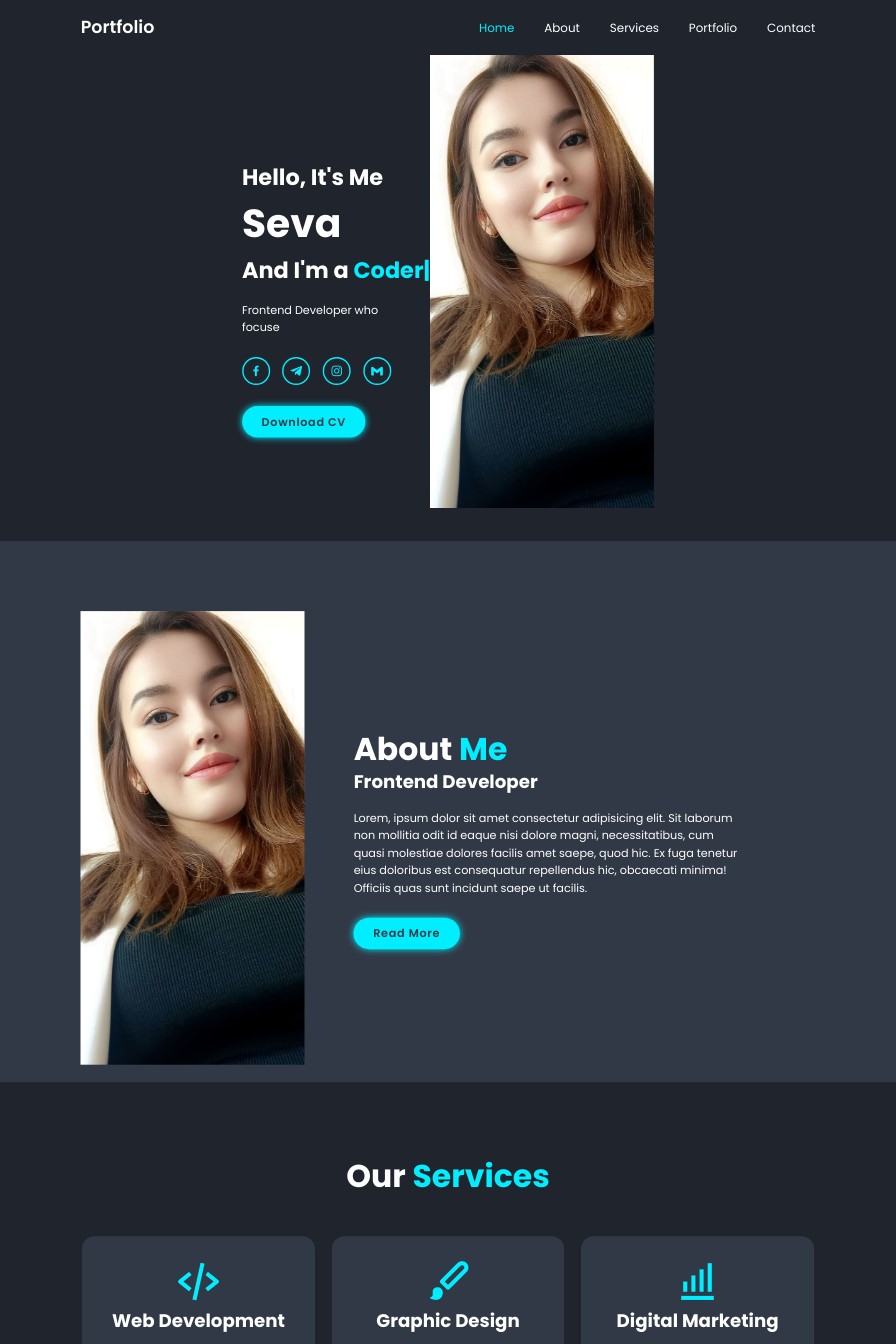
Repository: Seva2705/portfolio
Page: index.html
An editor plug-in stored every save of this project. The page is shown before and after the next save, followed by the edit.
The browser window is 1280 px wide. The pictures show the part of the page from y = 0 to 1920 px (the page is 3816 px tall), at 70% of full size.
A picture or video elsewhere on the page could not be fetched, so the positions and the page height are approximate.

Above is the page before, as saved 2023-10-21 00:10:42.

### index.html
<!DOCTYPE html>
<html lang="en">
<head>
    <meta charset="UTF-8">
    <meta http-equiv="X-UA-Compatible" content="IE=edge">
    <meta name="viewport" content="width=device-width, initial-scale=1.0">
    <title>Personal Portfolio</title>
     <!-- Boxicons styles -->
    <link href='https://unpkg.com/boxicons@2.1.4/css/boxicons.min.css' rel='stylesheet'>

    <!-- Css -->
    <link rel="stylesheet" href="style.css">
</head>
<body>
    <header class="header">
        <a href="" class="logo">Portfolio</a>

        <i class='bx bx-menu' id="menu-icon"></i>

        <nav class="navbar">
            <a href="#home" class="active">Home</a>
            <a href="#about">About</a>
            <a href="#services">Services</a>
            <a href="#portfolio">Portfolio</a>
            <a href="#contact">Contact</a>
        </nav>
    </header>

    <!-- Home section design -->
    <section class="home" id="home">
        <div class="home-content">
            <h3>Hello, It's Me</h3>
            <h1>Seva</h1>
            <h3>And I'm a <span class="multiple-text"></span></h3>
            <p class="description">Frontend Developer who focuse</p>
            <div class="social-media">
                <a href="https://www.facebook.com/profile.php?id=100076166348458"><i class='bx bxl-facebook'></i></a>
                <a href="https://t.me/Seva_2705"><i class='bx bxl-telegram'></i></a>
                <a href="https://www.instagram.com/seva___027"><i class='bx bxl-instagram'></i></a>
                <a href="mailto:sevakodirova2705@mail.ru"><i class='bx bxl-gmail'></i></a>
            </div>
            <a href="images/Кодирова Севинч Гайратовна(Web).pdf" class="btn"> Download CV</a>
        </div>
        <div class="home-img">
            <img src="images/2.jpg" alt="" class="image">
        </div>
    </section>

    <!-- About section design -->
    <section class="about" id="about">
        <div class="about-img">
            <img src="images/2.jpg" alt="">
        </div>
        <div class="about-content">
            <h2 class="heading">About <span>Me</span></h2>
            <h3>Frontend Developer</h3>
            <p>Lorem, ipsum dolor sit amet consectetur adipisicing elit. Sit laborum non mollitia odit id eaque nisi dolore magni, necessitatibus, cum quasi molestiae dolores facilis amet saepe, quod hic. Ex fuga tenetur eius doloribus est consequatur repellendus hic, obcaecati minima! Officiis quas sunt incidunt saepe ut facilis.</p>
            <a href="#" class="btn">Read More</a>
        </div>
    </section>

    <!-- services section design -->
    <section class="services" id="services">
        <h2 class="heading">Our <span>Services</span></h2>

        <div class="services-container">
            <div class="services-box">
                <i class='bx bx-code-alt'></i>
                <h3>Web Development</h3>
                <p>Lorem ipsum, dolor sit amet consectetur adipisicing elit. Eveniet assumenda quasi expedita maiores sequi enim iusto aliquid architecto aspernatur impedit!</p>
                <a href="#" class="btn">Read More</a>
            </div>
            <div class="services-box">
                <i class='bx bxs-paint'></i>
                <h3>Graphic Design</h3>
                <p>Lorem ipsum, dolor sit amet consectetur adipisicing elit. Eveniet assumenda quasi expedita maiores sequi enim iusto aliquid architecto aspernatur impedit!</p>
                <a href="#" class="btn">Read More</a>
            </div>
            <div class="services-box">
                <i class='bx bx-bar-chart-alt'></i>
                <h3>Digital Marketing</h3>
                <p>Lorem ipsum, dolor sit amet consectetur adipisicing elit. Eveniet assumenda quasi expedita maiores sequi enim iusto aliquid architecto aspernatur impedit!</p>
                <a href="#" class="btn">Read More</a>
            </div>
        </div>
    </section>

    <!-- Portfolio section design -->
    <section class="portfolio" id="portfolio">
        <h2 class="heading">Latest <span>Project</span></h2>

        <div class="portfolio-container">
            <div class="portfolio-box">
                <img src="images/cinema.jpg" alt="">
                <div class="portfolio-layer">
                    <h4>Vue Cinemas</h4>
                    <a href="https://seva2705.github.io/VueCinemas/"><i class='bx bx-link-external'></i></a>
                </div>
            </div>
            <div class="portfolio-box">
                <img src="images/AirPods-Pro.jpg" alt="">
                <div class="portfolio-layer">
                    <h4>Airpods-Pro</h4>
                    <a href="https://seva2705.github.io/Airpods-Pro/"><i class='bx bx-link-external'></i></a>
                </div>
            </div>
            <div class="portfolio-box">
                <img src="images/creative-scroll.jpg" alt="">
                <div class="portfolio-layer">
                    <h4>Creative-Scroll</h4>
                    <a href="https://seva2705.github.io/creative-scroll/"><i class='bx bx-link-external'></i></a>
                </div>
            </div>
            <div class="portfolio-box">
                <img src="images/web6.jpg" alt="">
                <div class="portfolio-layer">
                    <h4>Web Design</h4>
                    <p>Lorem ipsum dolor sit amet consectetur adipisicing elit. Tempore, aspernatur.</p>
                    <a href="#"><i class='bx bx-link-external'></i></a>
                </div>
            </div>
            <div class="portfolio-box">
                <img src="images/web5.jpg" alt="">
                <div class="portfolio-layer">
                    <h4>Web Design</h4>
                    <p>Lorem ipsum dolor sit amet consectetur adipisicing elit. Tempore, aspernatur.</p>
                    <a href="#"><i class='bx bx-link-external'></i></a>
                </div>
            </div>
            <div class="portfolio-box">
                <img src="images/web6.jpg" alt="">
                <div class="portfolio-layer">
                    <h4>Web Design</h4>
                    <p>Lorem ipsum dolor sit amet consectetur adipisicing elit. Tempore, aspernatur.</p>
                    <a href="#"><i class='bx bx-link-external'></i></a>
                </div>
            </div>
        </div>
    </section>

    <!-- Contact section design -->
    <section class="contact" id="contact">
        <h2 class="heading">Contact <span>Me!</span></h2>

        <form action="#">
            <div class="input-box">
                <input type="text" placeholder="Full Name">
                <input type="email" placeholder="Email Address">
            </div>
            <div class="input-box">
                <input type="number" placeholder="Mobile Number">
                <input type="text" placeholder="Email Subject">
            </div>
            <textarea name="" id="" cols="30" rows="10" placeholder="Your Message"></textarea>
            <input type="submit" value="Send Message" class="btn">
        </form>
    </section>

    <!-- Footer section design -->
    <footer class="footer">
        <div class="footer-text">
            <p>Copyright &copy; 2023 by Codehal | All Rights Reserved</p>
        </div>

        <div class="footer-iconTop">
            <a href="#home"><i class='bx bx-up-arrow-alt'></i></a>
        </div>
    </footer>

    <!-- scroll reveal -->
    <script src="https://unpkg.com/scrollreveal"></script>
    <!-- typed js -->
    <script src="https://unpkg.com/typed.js@2.0.16/dist/typed.umd.js"></script>

    <!-- Js -->
    <script src="script.js"></script>
</body>
</html>

### style.css
@import url('https://fonts.googleapis.com/css2?family=Poppins:wght@300;400;500;600;700;800;900&display=swap');

* {
    margin: 0;
    padding: 0;
    box-sizing: border-box;
    text-decoration: none;
    border: none;
    outline: none;
    scroll-behavior: smooth;
    font-family: 'Poppins', sans-serif;
}

:root {
    --bg-color: #1f242d;
    --second-bg-color: #323946;
    --text-color: #fff;
    --text-color: #fff;
    --main-color: #0ef;
}

html {
    font-size: 62.5%;
    overflow-x: hidden;
}

body {
    background: var(--bg-color);
    color: var(--text-color);
}

section {
    min-height: 100vh;
    padding: 10rem 9% 2rem;
}

.header {
    position: fixed;
    top: 0;
    left: 0;
    width: 100%;
    padding: 2rem 9%;
    background: var(--bg-color);
    display: flex;
    justify-content: space-between;
    align-items: center;
    z-index: 100;
}

.header.sticky {
    border-bottom: .1rem solid rgba(0,0,0,.2);
}

.logo {
    font-size: 2.5rem;
    font-weight: 600;
    cursor: default;
    color: var(--text-color);
}

.navbar a {
    font-size: 1.7rem;
    color: var(--text-color);
    margin-left: 4rem;
    transition: .3s ease;
}

.navbar a:hover, .navbar a.active {
    color: var(--main-color);
}

#menu-icon {
    font-size: 3.6rem;
    color: var(--text-color);
    display: none;

}

.home {
    display: flex;
    justify-content: center;
    align-items: center;

}

 .image {
    height: 90vh;
}

.home-img img {
    width: 25vw;
    animation: floatImage 4s ease-in-out infinite;

}

@keyframes floatImage {
    0% {
        transform: translateY(0);
    }

    50% {
        transform: translateY(-2.4rem);
    }

    100% {
        transform: translateY(0);
    }
}

.home-content h3 {
    font-size: 3.2rem;
    font-weight: 700;
}

.home-content h3:nth-of-type(2) {
    margin-bottom: 2rem;
}

span {
    color: var(--main-color);
}

.home-content h1 {
    font-size: 5.6rem;
    font-weight: 700;
    margin: 1.3;
}

.home-content p {
    font-size: 1.6rem;
}

.social-media a {
    display: inline-flex;
    justify-content: center;
    align-items: center;
    width: 4rem;
    height: 4rem;
    background: transparent;
    border: .2rem solid var(--main-color);
    border-radius: 50%;
    font-size: 2rem ;
    color: var(--main-color);
    margin: 3rem 1.5rem 3rem 0;
    transition: .5s ease;
}

.social-media a:hover {
    background: var(--main-color);
    color: var(--second-bg-color);
    box-shadow: 0 0 1rem var(--main-color);
}

.btn {
    display: inline-block;
    background: var(--main-color);
    padding: 1rem 2.8rem;
    border-radius: 4rem;
    box-shadow: 0 0 1rem var(--main-color);
    font-size: 1.6rem;
    color: var(--second-bg-color);
    letter-spacing: .1rem;
    font-weight: 600;
    transition: .3s ease;
}

.btn:hover {
    box-shadow: none;
}

.about {
    display: flex;
    justify-content: center;
    align-items: center;
    gap: 2rem;
    background: var(--second-bg-color);
}

.about-img img {
    width: 25vw;
    height: 90vh;
}

.heading {
    text-align: center;
    font-size: 4.5rem;
}

.about-content {
    margin-left: 5rem;
}

.about-content h2 {
    text-align: left;
    line-height: 1.2;


}

.about-content p {
    font-size: 1.6rem;
    margin: 2rem 0 3rem;
    width: 85%;
}

.about-content h3 {
    font-size: 2.6rem;
}

.services h2 {
    margin-bottom: 5rem;
}

.services-container {
    display: flex;
    justify-content: center;
    align-items: center;
    flex-wrap: wrap;
    gap: 2rem;
}

.services-container .services-box {
    flex: 1 1 30rem;
    background: var(--second-bg-color);
    padding: 3rem 2rem 4rem;
    border-radius: 2rem;
    text-align: center;
    border: .2rem solid var(--bg-color);
    transition: .5s ease;

}

.services-container .services-box:hover {
    border-color: var(--main-color);
    transform: scale(1.02);
}

.services-box i {
    font-size: 7rem;
    color: var(--main-color);
}

.services-box h3 {
    font-size: 2.6rem;

}

.services-box p {
    font-size: 1.6rem;
    margin: 1rem 0 3rem;
}

.portfolio {
    background: var(--second-bg-color);
}

.portfolio h2 {
    margin-bottom: 4rem;
}

.portfolio-container {
    display: grid;
    grid-template-columns: repeat(3, 1fr);
    gap: 2.5rem;
    align-items: center;
}

.portfolio-container .portfolio-box {
    position: relative;
    border-radius: 2rem;
    box-shadow: 0 0 1rem var(--bg-color);
    overflow: hidden;
    display: flex;
}

.portfolio-box img {
    width: 100%;
    transition: .5s ease;
}

.portfolio-box:hover img {
    transform: scale(1.1);
}



.portfolio-box .portfolio-layer {
    position: absolute;
    bottom: 0;
    left: 0;
    width: 100%;
    height: 100%;
    background: linear-gradient(rgba(0,0,0,.1), var(--main-color));
    display: flex;
    justify-content: center;
    align-items: center;
    flex-direction: column;
    text-align: center;
    padding: 0 4rem;
    transform: translateY(100%);
    transition: .5s ease;
}

.portfolio-box:hover .portfolio-layer {
    transform: translateY(0);
}

.portfolio-layer h4 {
    font-size: 3rem;

}

.description {
    width: 90%;
}

.portfolio-layer p {
    font-size: 1.6rem;
    margin: .3rem 0 1rem  ;
}

.portfolio-layer a {
    display: inline-flex;
    justify-content: center;
    align-items: center;
    width: 5rem;
    height: 5rem;
    background: var(--text-color);
    border-radius: 50%;
}

.portfolio-layer a i {
    font-size: 2rem;
    color: var(--second-bg-color);
}

.contact h2 {
    margin-bottom: 3rem;
}

.contact form {
    min-width: 70rem;
    margin: 1rem auto;
    text-align: center;
    margin-bottom: 3rem;
}



.contact form .input-box {
    display: flex;
    justify-content: space-between;
    flex-wrap: wrap;
}

.contact form .input-box input,
.contact form textarea {
    width: 100%;
    padding: 1.5rem;
    font-size: 1.6rem;
    color: var(--text-color);
    background: var(--second-bg-color);
    border-radius: .8rem;
    margin: .7rem 0;
}

.contact form .input-box input {
    width: 49%;

}

.contact form textarea {
    resize: none;
}

.contact form .btn {
    margin-top: 2rem;
    cursor: pointer;
}

.footer {
    display: flex;
    justify-content: space-between;
    align-items: center;
    flex-wrap: wrap;
    padding: 2rem 9%;
    background: var(--second-bg-color);
}

.footer-text p {
    font-size: 1.6rem;
}

.footer-iconTop a {
    display: inline-flex;
    justify-content: center;
    align-items: center;
    padding: .8rem;
    background: var(--main-color);
    border-radius: .8rem;
    transition: .5s ease;

}

.footer-iconTop a:hover {
    box-shadow: 0 0 1rem var(--main-color);
}

.footer-iconTop a i {
    font-size: 2.4rem;
    color: var(--second-bg-color);
}

/* breakpoints */
@media screen and (max-width: 1200px) {
   html {
         font-size: 55%;
   }
}
@media screen and (max-width: 991px) {
   .header {
         padding: 2rem 3%;
   }

   section {
         padding: 10rem 3% 2rem;
   }

   .services {
    padding-bottom: 7rem;
   }

   .portfolio {
    padding-bottom: 7rem;
   }

   .contact {
    min-height: auto;
   }

   .footer {
    padding: 2rem 3%;
   }


}

@media screen and (max-width: 768px) {
    #menu-icon {
        display: block;
    }

    .navbar {
        position: absolute;
        top: 100%;
        left: 0;
        width: 100%;
        padding: 1rem 3%;
        background: var(--bg-color);
        border-top: .1rem solid rgba(0,0,0,.2);
        box-shadow: 0 .5rem 1rem rgba(0,0,0,.2);
        display: none;
    }

    .navbar.active {
        display: block;
    }

    .navbar a {
        display: block;
        font-size: 2rem;
        margin: 3rem 0;
    }

    .home {
        flex-direction: column;
    }

    .home-content h3 {
        font-size: 2.6rem;
    }

    .home-content h1 {
        font-size: 5rem;
    }

    .home-img img {
        width: 70vw;
        margin-top: 4rem;
    }

    .about {
        flex-direction: column-reverse;
    }

    .about img {
        width: 70vw;
        margin-top: 4rem;
    }

    .services h2 {
        margin-bottom: 3rem;

    }

    .portfolio h2 {
        margin-bottom: 3rem;
    }

    .portfolio-container {
        grid-template-columns: repeat(2, 1fr);
    }
}



@media screen and (max-width: 617px) {

    .portfolio-container {
        grid-template-columns: 1fr;
    }

}

@media screen and (max-width: 450px) {
    html {
        font-size: 50%;
    }

    .contact form .input-box input {
        width: 100%;
    }
}

@media screen and (max-width: 365px) {
    .home-img img {
        width: 90vw;
    }

    .about-img img {
        width: 90vw;
    }

    .footer {
        flex-direction: column-reverse;
    }

    .footer p {
        text-align: center;
        margin-top: 2rem;
    }
}

### script.js
/* toggle icon navbar */
let menuIcon = document.querySelector('#menu-icon');
let navbar = document.querySelector('.navbar');

menuIcon.onclick = () => {
    menuIcon.classList.toggle('bx-x');
    navbar.classList.toggle('active');
}



/* scroll sections acrive link */

let sections = document.querySelectorAll('section');
let navLinks = document.querySelectorAll('header nav a');

window.onscroll = () => {
    sections.forEach(sec => {
        let top = window.scrollY;
        let offset = sec.offsetTop - 150;
        let height = sec.offsetHeight;
        let id = sec.getAttribute('id');

        if(top >= offset && top < offset + height) {
            navLinks.forEach(links => {
                links.classList.remove('active');
                document.querySelector('header nav a[href*=' + id + ']').classList.add('active');
            })
        }
    });
    /* sticky navbar */
    let header = document.querySelector('header');


    header.classList.toggle('sticky', window.scrollY > 100);

    /* remove toggle icon and navbar when navbar link (scroll) */
    menuIcon.classList.remove('bx-x');
    navbar.classList.remove('active');

}


/* scroll reveal */
ScrollReveal({
    /* reset: true, */
    distance: '80px',
    duration: 2000,
    delay: 200

});

ScrollReveal().reveal('.home-content, .heading', { origin: 'top' });
ScrollReveal().reveal('.home-img, .services-container, .portfolio-box, contact form ', { origin: 'bottom' });
ScrollReveal().reveal('.home-content h1, .about-img ', { origin: 'left' });
ScrollReveal().reveal('.home-content p, .about-content ', { origin: 'right' });


/* typed js */
const typed = new Typed('.multiple-text', {
    strings: ['Frontend Developer', 'Coder', 'Programmer'],
    typeSpeed: 100,
    backSpeed: 100,
    backDelay: 1000,
    loop: true
})

After the next save:
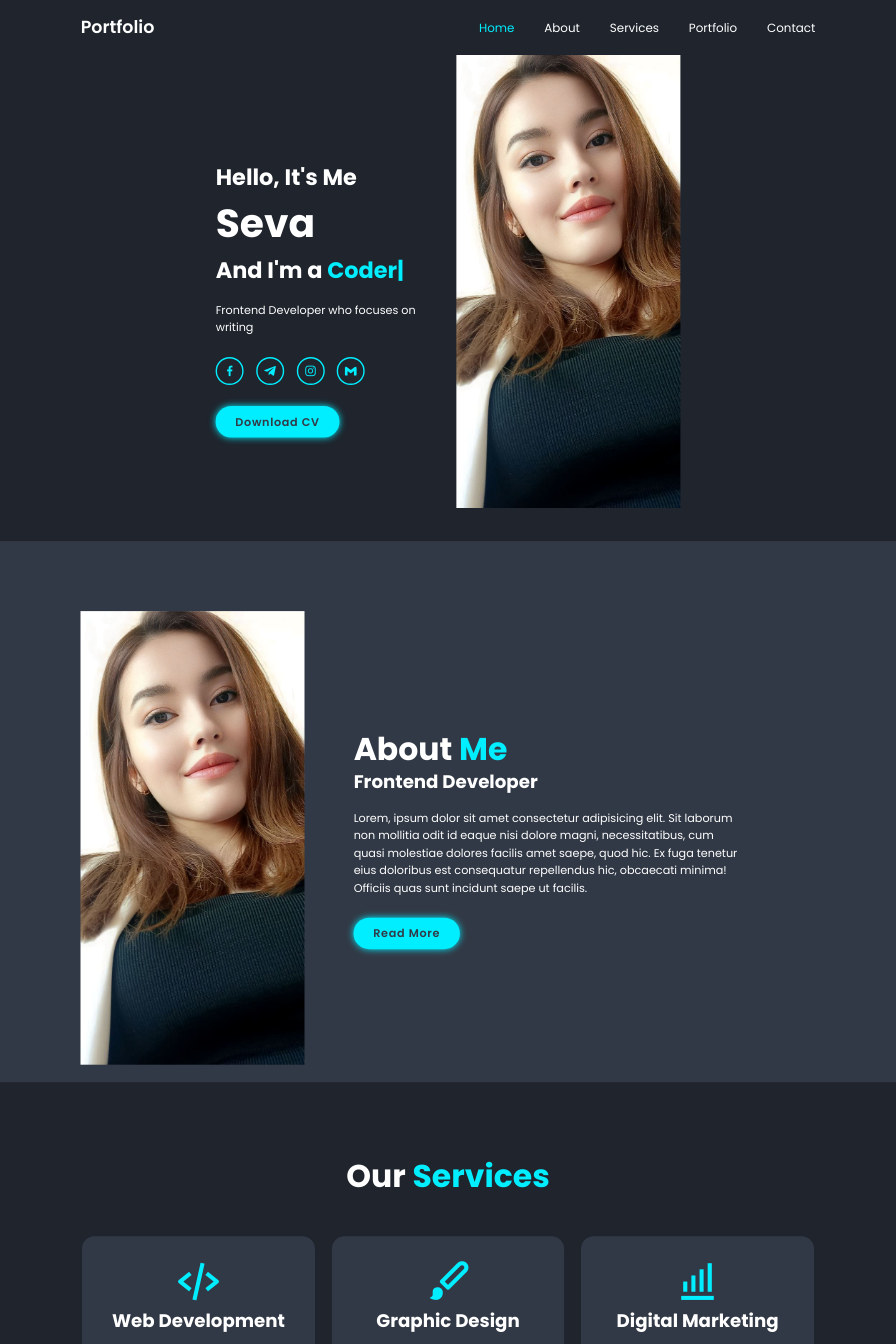
Saved 6 s later.
--- a/index.html
+++ b/index.html
@@ -32,7 +32,7 @@
             <h3>Hello, It's Me</h3>
             <h1>Seva</h1>
             <h3>And I'm a <span class="multiple-text"></span></h3>
-            <p class="description">Frontend Developer who focuse</p>
+            <p class="description">Frontend Developer who focuses on writing</p>
             <div class="social-media">
                 <a href="https://www.facebook.com/profile.php?id=100076166348458"><i class='bx bxl-facebook'></i></a>
                 <a href="https://t.me/Seva_2705"><i class='bx bxl-telegram'></i></a>
